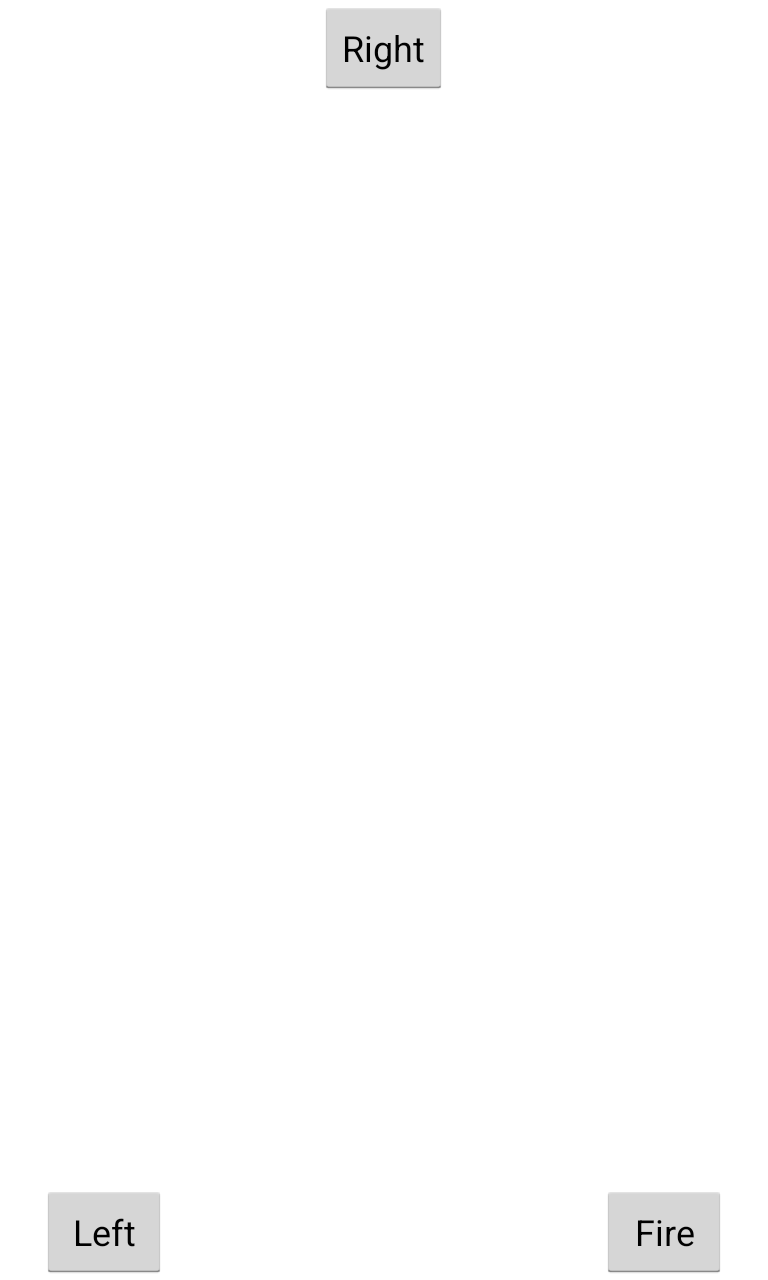
Repository: Benngard/Bengan-Boys
Layout: Hyperion/res/layout/playfield_layout.xml
These files come from the project's save history. The layout is drawn as it stood at one moment and after a run of saves; the edit follows.
It is drawn on a 768 x 1280 px phone screen (xhdpi) without system bars, with theme AppTheme; the app's code is not run. The app's manifest (not shown) leaves right-to-left support off. So textAlignment, textDirection and layoutDirection are ignored, and left and right values win over start and end ones.

Above is the layout before, as saved 2015-10-05 01:57:24.

### Hyperion/res/layout/playfield_layout.xml
<?xml version="1.0" encoding="utf-8"?>
<RelativeLayout xmlns:android="http://schemas.android.com/apk/res/android"
    android:layout_width="match_parent"
    android:layout_height="match_parent" >

    <Button
        android:id="@+id/button_left"
        android:layout_width="wrap_content"
        android:layout_height="wrap_content"
        android:layout_alignParentBottom="true"
        android:layout_alignParentLeft="true"
        android:layout_alignParentStart="true"
        android:layout_marginStart="20dp"
        android:layout_marginLeft="20dp"
        android:text="@string/left" />

    <Button
        android:id="@+id/button_right"
        android:layout_width="wrap_content"
        android:layout_height="wrap_content"
        android:layout_alignParentBottom="true"
        android:layout_alignParentRight="true"
        android:layout_alignParentEnd="true"
        android:layout_marginEnd="20dp"
        android:layout_marginRight="20dp"
        android:text="@string/fire" />

    <Button
        android:id="@+id/button_fire"
        android:layout_width="wrap_content"
        android:layout_height="wrap_content"
        android:layout_alignBaseline="@+id/button_fire"
        android:layout_alignBottom="@+id/button_fire"
        android:layout_centerHorizontal="true"
        android:text="@string/right" />

</RelativeLayout>

### Hyperion/res/values/strings.xml
<resources>

    <string name="app_name">Hyperion</string>

    <string name="fire">Fire</string>
    <string name="left">Left</string>
    <string name="right">Right</string>

</resources>

Loaded but not shown: Hyperion/res/values/styles.xml (common file); Hyperion/res/values-v11/styles.xml (common file); Hyperion/res/values-v14/styles.xml (common file)

After the next 2 saves:
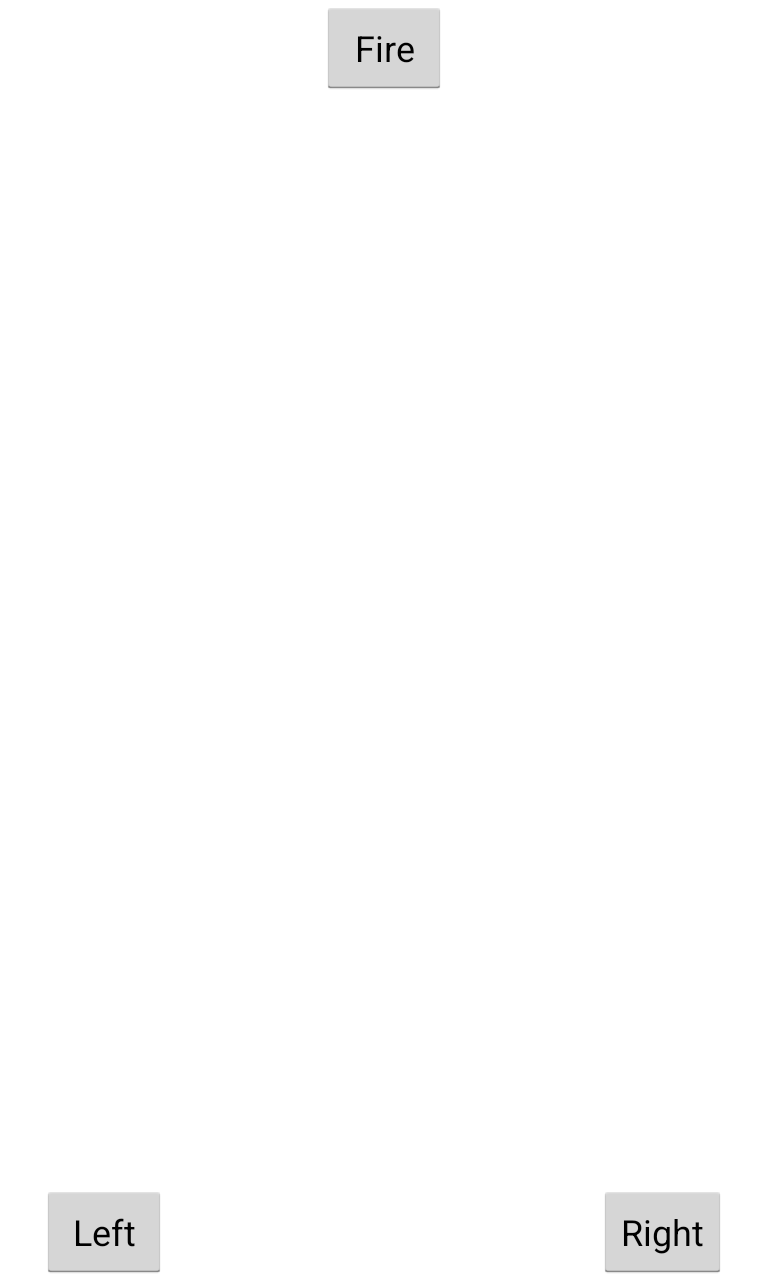
The 2 saves are shown as one change because they came seconds apart.
The last was saved 9 s later.
--- a/Hyperion/res/layout/playfield_layout.xml
+++ b/Hyperion/res/layout/playfield_layout.xml
@@ -23,7 +23,7 @@
         android:layout_alignParentEnd="true"
         android:layout_marginEnd="20dp"
         android:layout_marginRight="20dp"
-        android:text="@string/fire" />
+        android:text="@string/right" />
 
     <Button
         android:id="@+id/button_fire"
@@ -32,6 +32,6 @@
         android:layout_alignBaseline="@+id/button_fire"
         android:layout_alignBottom="@+id/button_fire"
         android:layout_centerHorizontal="true"
-        android:text="@string/right" />
+        android:text="@string/fire" />
 
 </RelativeLayout>
